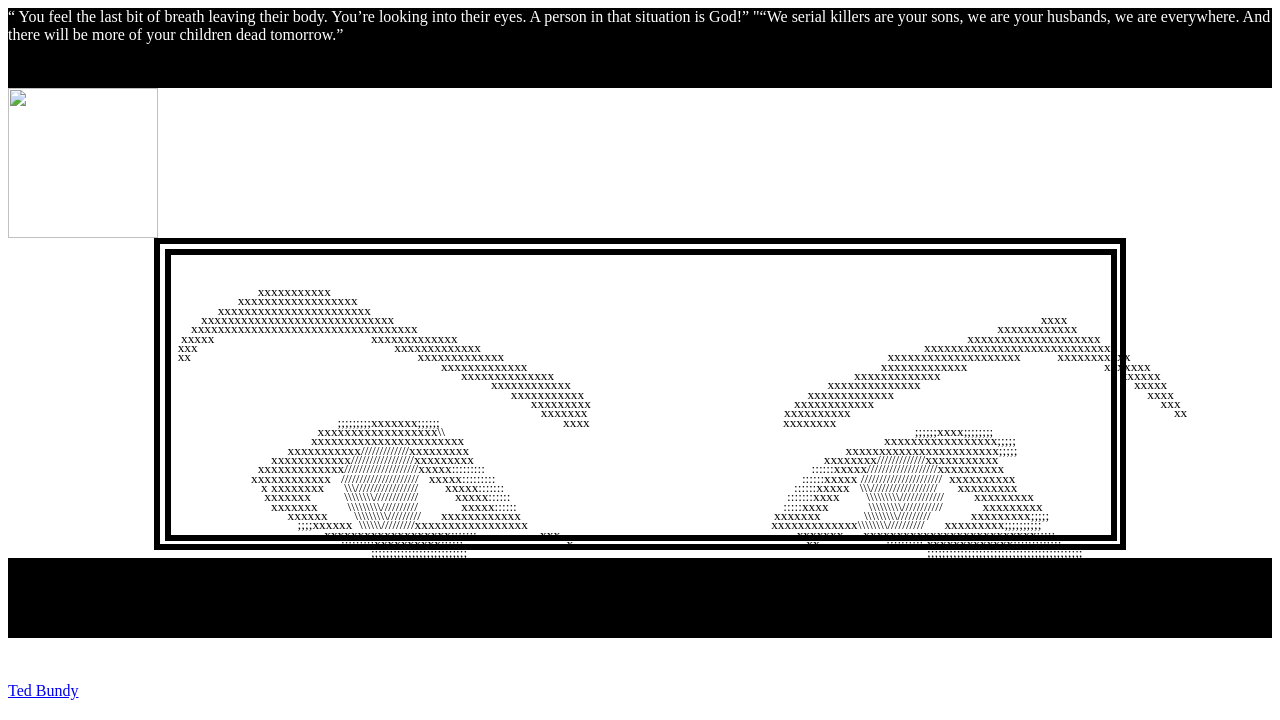
Repository: ConnyPinto/connypinto.github.io
Page: composition.html
The author's editor kept a record of every edit. The page is drawn from the files as they stood at one moment, then again after the next edit.
The browser window is 1280 px wide. The pictures show the whole page.

Above is the page before.
Not found: tedbundy.gif

After the next edit:
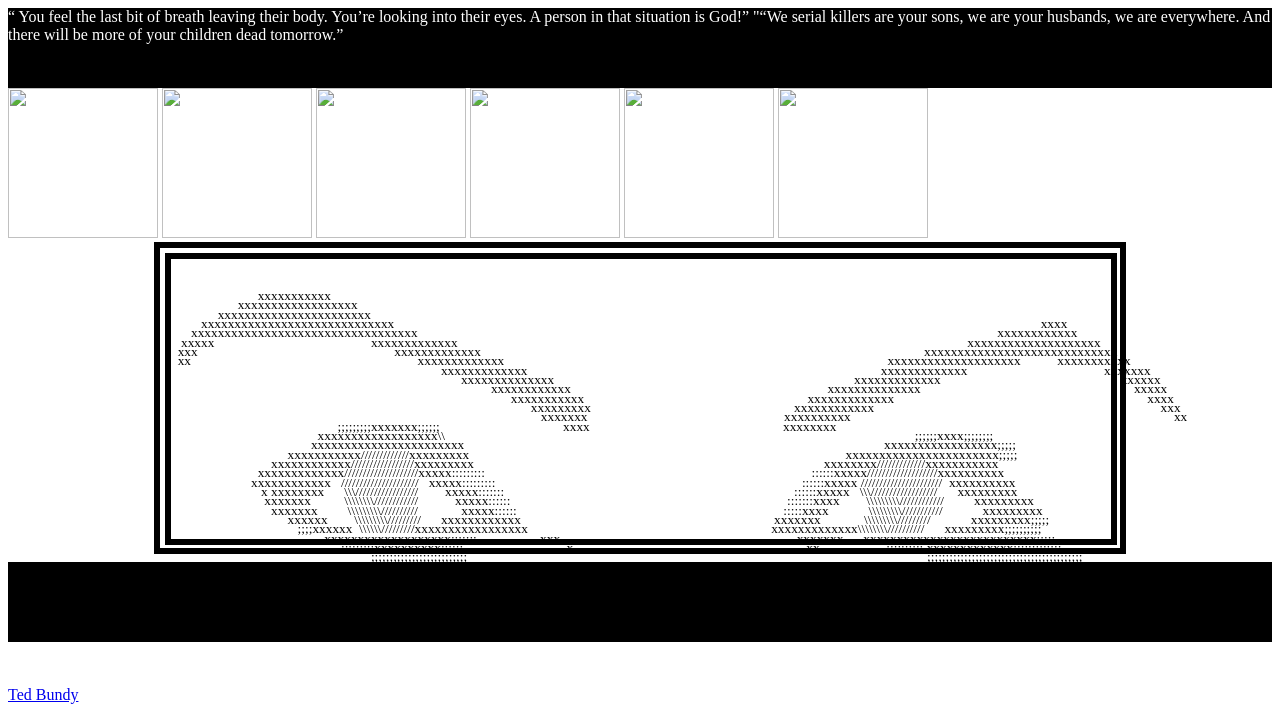
Not found: tedbundy1.gif
The edit:
--- a/composition.html
+++ b/composition.html
@@ -8,7 +8,12 @@
 
   <div style="height:80px;border:none;color:#fff;background-color:#000;">“ You feel the last bit of breath leaving their body. You’re looking into their eyes. A person in that situation is God!” "“We serial killers are your sons, we are your husbands, we are everywhere. And there will be more of your children dead tomorrow.”</div>
 
-  <img src="tedbundy.gif" style="height: 150px; display: inline-block"/>
+  <img src="tedbundy1.gif" style="height: 150px; display: inline-block"/>
+  <img src="tedbundy1.gif" style="height: 150px; display: inline-block"/>
+  <img src="tedbundy1.gif" style="height: 150px; display: inline-block"/>
+  <img src="tedbundy1.gif" style="height: 150px; display: inline-block"/>
+  <img src="tedbundy1.gif" style="height: 150px; display: inline-block"/>
+  <img src="tedbundy1.gif" style="height: 150px; display: inline-block"/>
 
  <div style="width: 960px;height:300px;border:6px solid #000;margin-left: auto;margin-right: auto;">
      <div style="width:940px;height:280px;border:6px solid #000; margin: 5px;">
